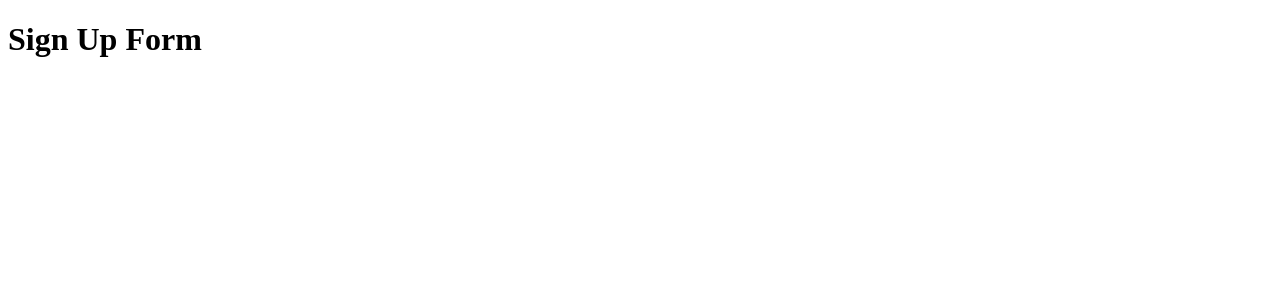
Repository: FWBMKII/csc207
Page: cnmb/cnmb.html
These files come from the project's save history. The page is drawn as it stood at one moment and after the next save; the edit follows.
The browser window is 1280 px wide. The pictures show the whole page.

Above is the page before, as saved 2015-04-27 19:20:45.

After the next save:
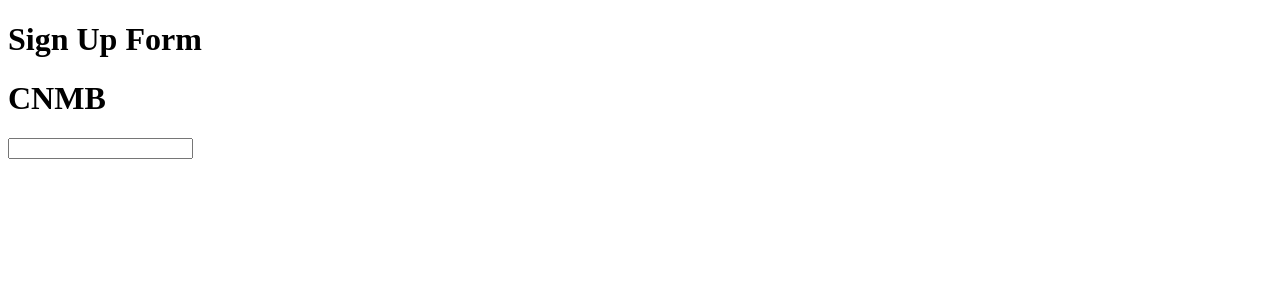
Saved 73 s later.
--- a/cnmb/cnmb.html
+++ b/cnmb/cnmb.html
@@ -7,7 +7,8 @@
 <body>
 	<h1>Sign Up Form</h1>
 	<form action="cnmb.php">
-
+		<h1>CNMB</h1>
+		<input type="text" name="name"/>
 	</form>
 </body>
 </html>
